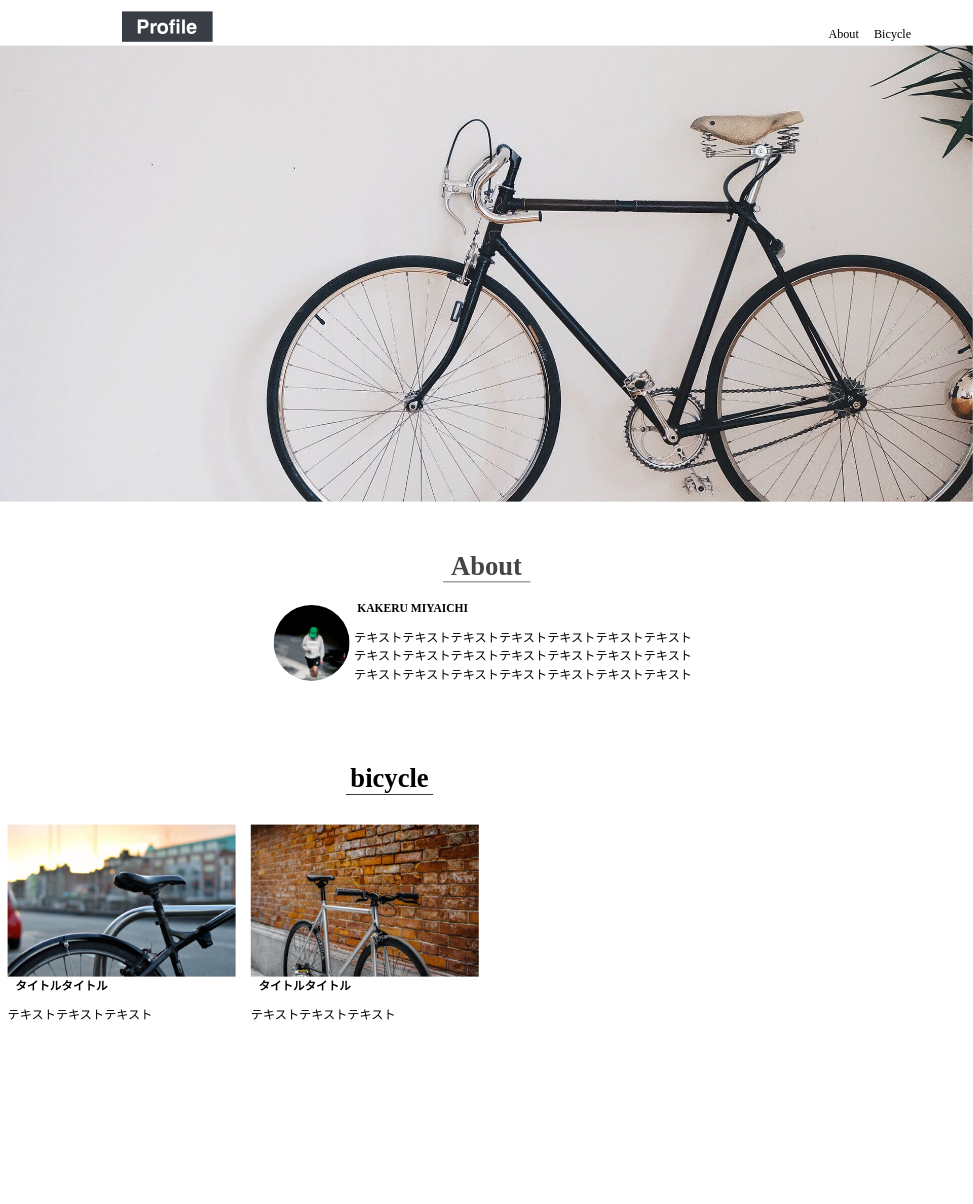
Repository: KubotaAtsushi/samurai_HTML-CSS
Page: 20210406/index.html
The author's editor kept a record of every edit. The page is drawn from the files as they stood at one moment, then again after the next edit.
The browser window is 1280 px wide. The pictures show the whole page, at 76% of full size.

Above is the page before.

After the next edit:
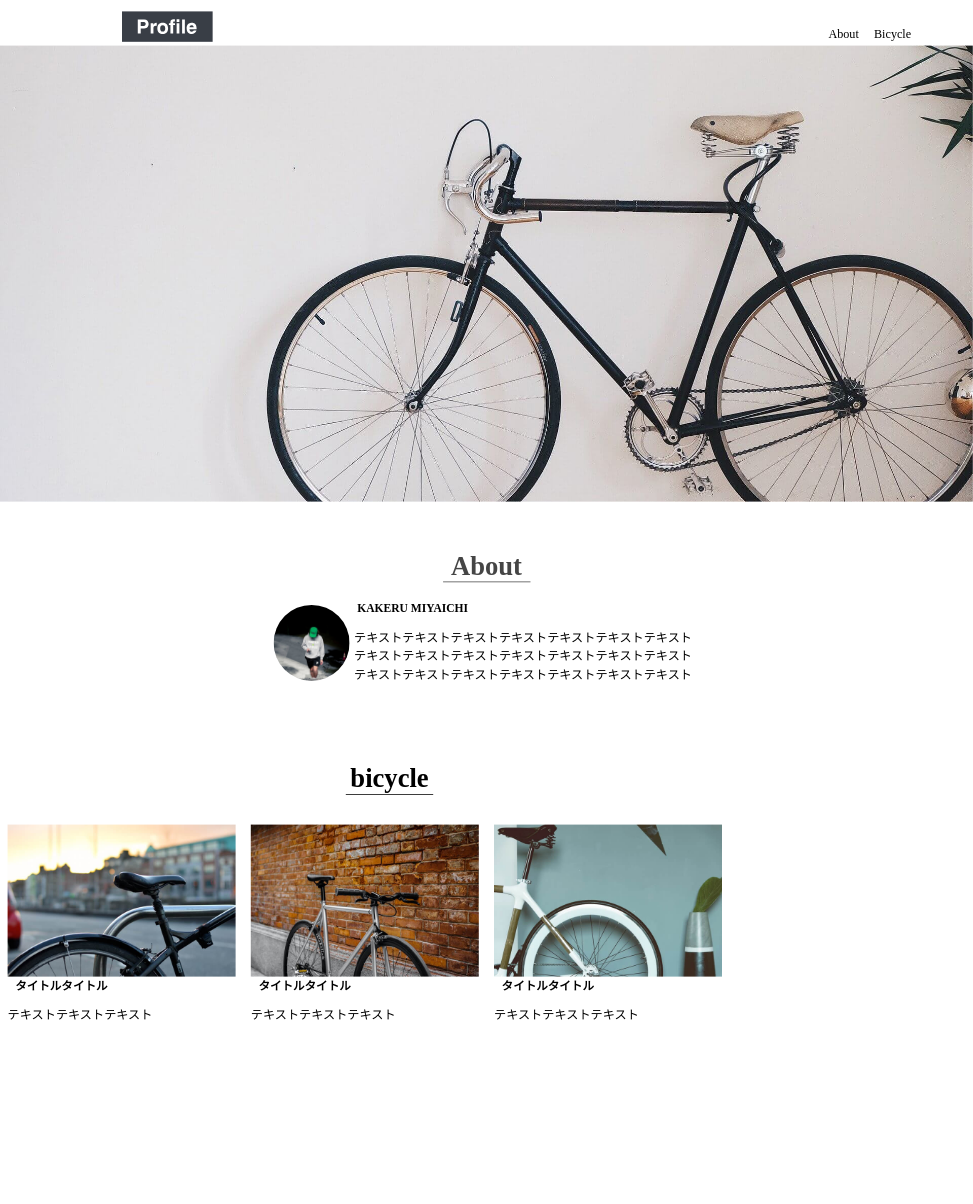
The edit:
--- a/20210406/index.html
+++ b/20210406/index.html
@@ -45,6 +45,11 @@
                             <h3>タイトルタイトル</h3>
                             <p>テキストテキストテキスト</p>
                         </li>
+                        <li>
+                             <img src="img/bicycle3.jpg" width="300" height="200" alt=bicycle3>
+                            <h3>タイトルタイトル</h3>
+                            <p>テキストテキストテキスト</p>
+                        </li>
                     </ul>
             </section>
         </main>
